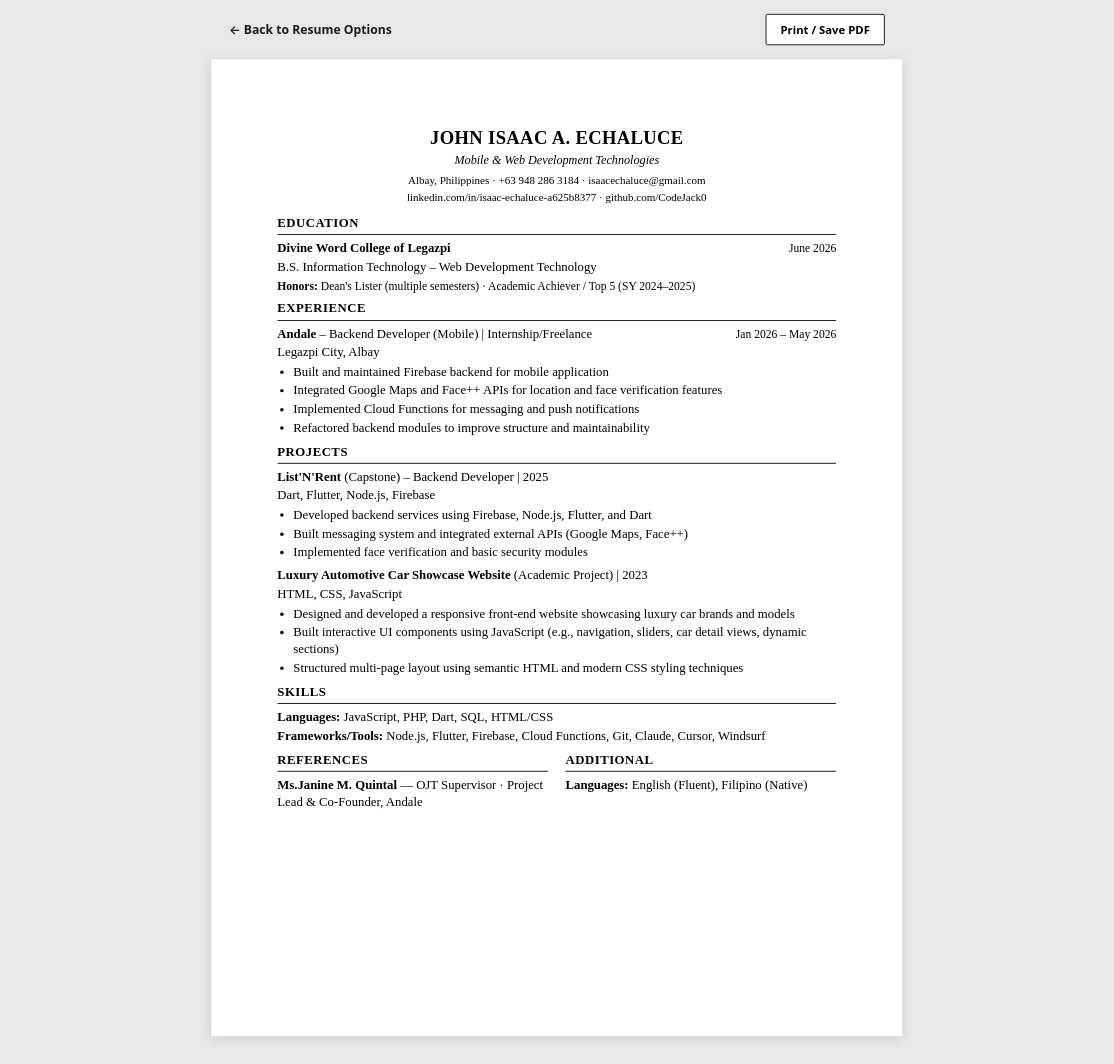
Repository: CodeJack0/Professional_Portfolio
Page: pages/resume_development.html
The author's editor kept a copy of each file at every save. The page is drawn from the files as they stood at one save, then again after the next save.
The browser window is 1280 px wide. The pictures show the whole page, at 87% of full size.

Above is the page before, as saved 2026-05-30 09:32:32.

After the next save:
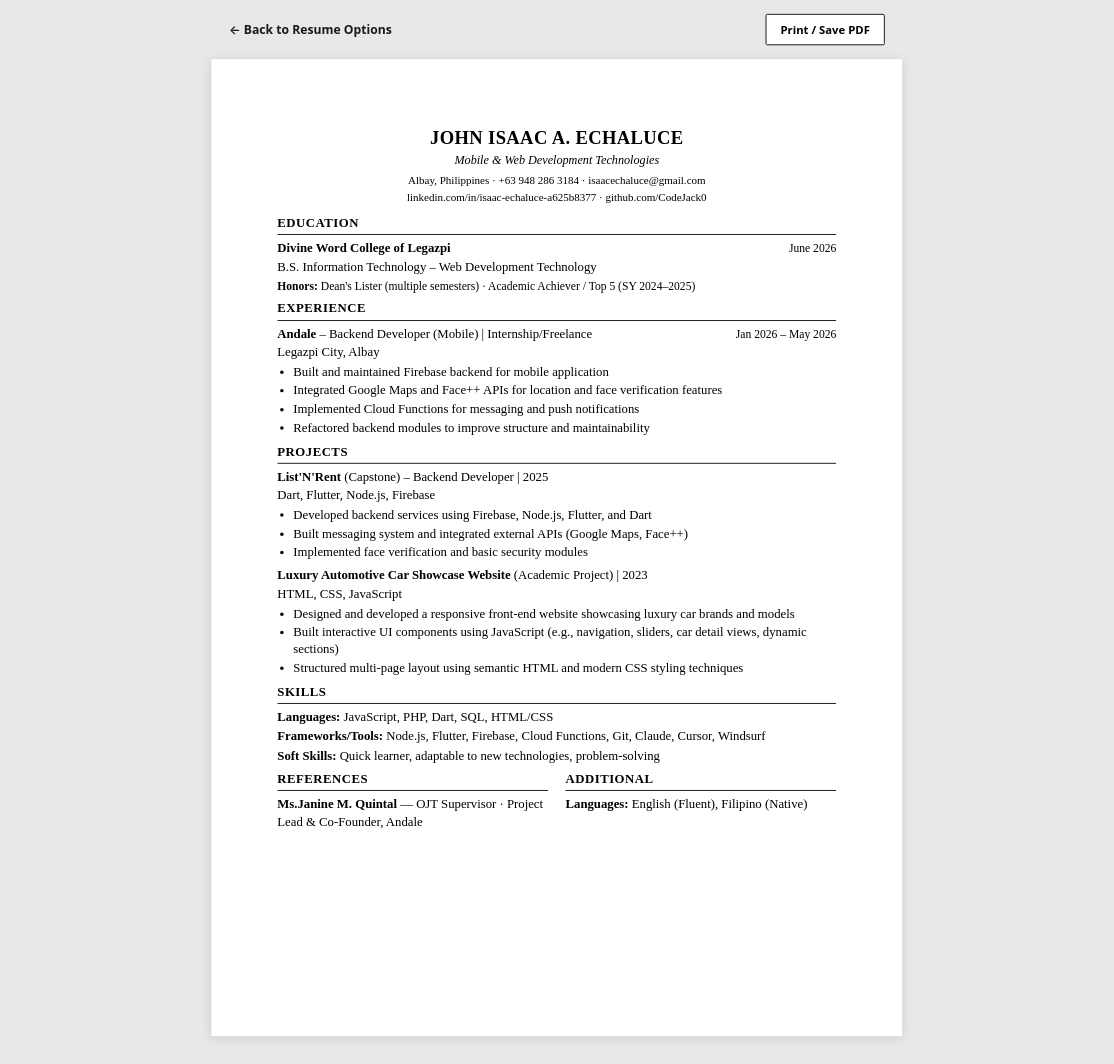
Saved 13 s later.
--- a/pages/resume_development.html
+++ b/pages/resume_development.html
@@ -103,6 +103,7 @@
         <h2 class="resume-section-title">Skills</h2>
         <p class="skills-line"><strong>Languages:</strong> JavaScript, PHP, Dart, SQL, HTML/CSS</p>
         <p class="skills-line"><strong>Frameworks/Tools:</strong> Node.js, Flutter, Firebase, Cloud Functions, Git, Claude, Cursor, Windsurf</p>
+        <p class="skills-line"><strong>Soft Skills:</strong> Quick learner, adaptable to new technologies, problem-solving</p>
       </section>
 
 
